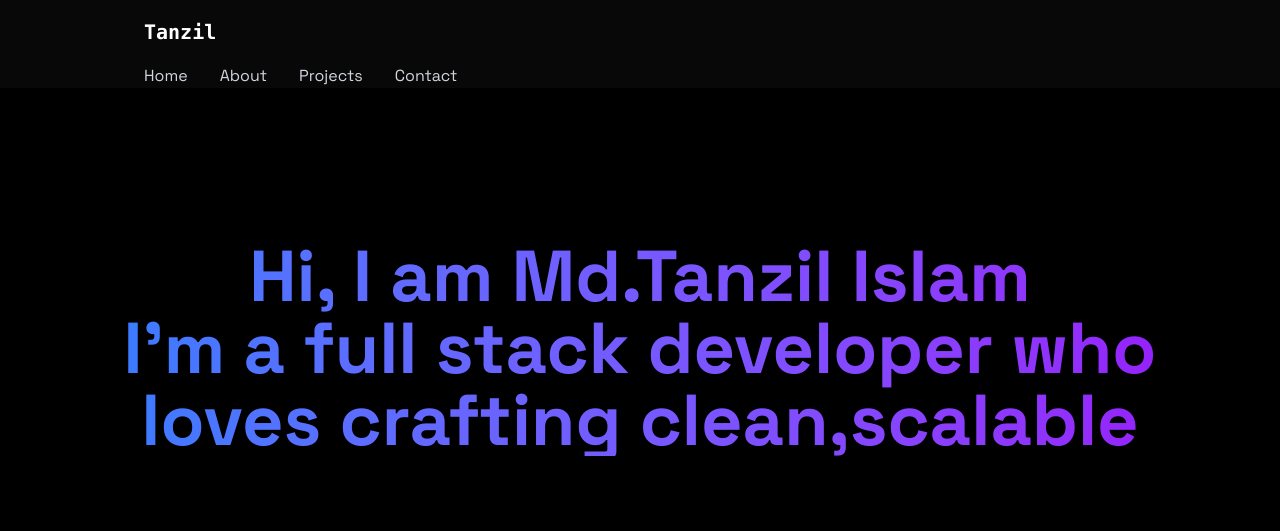
Repository: tanimtanzilislam/my_portfolio
Page: /
The author's editor kept a copy of each file at every save. The page is drawn from the files as they stood at one save, then again after a run of saves.
The browser window is 1280 px wide. The pictures show the whole page.
The project was rebuilt for these pictures with package versions that can differ from the ones it lists, and the page was loaded fresh each time. Also part of the build but not shown: vite.config.js.

Above is the page before, as saved 2025-05-10 11:40:33.

### index.html
<!doctype html>
<html lang="en">
  <head>
    <meta charset="UTF-8" />
    <link rel="icon" type="image/svg+xml" href="/vite.svg" />
    <link rel="preconnect" href="https://fonts.googleapis.com" />
    <link rel="preconnect" href="https://fonts.gstatic.com" crossorigin />
    <link
    href="https://fonts.googleapis.com/css2?family=Space+Grotesk:wght@400;500;600;700&family=jetBrains+Mono:wght"
    rel="stylesheet"/>
    <meta name="viewport" content="width=device-width, initial-scale=1.0" />
    <title>Vite + React</title>
  </head>
  <body>
    <div id="root"></div>
    <script type="module" src="/src/main.jsx"></script>
  </body>
</html>

### src/index.css
@import "tailwindcss";

html, body {
  margin: 0;
  padding: 0;
  font-family: "Space Grotesk", sans-serif;
  background: #f3f4f6;
}

@layer utilities {

  @keyframes blink{
    0%,100%{
      opacity:1;
    }
    50%{
      opacity:0;
    }
  }
  .animated-blink {
    animation: blink 0.8s step-end infinite;
  }
  @keyframes loading {
    0% {
      transform: translateX(-100%);
    }
    100% {
      transform: translateX(250%);
    }
  }

  .animate-loading-bar {
    animation: loading 0.8s ease infinite;
  }
}

### src/App.jsx
import React, { useState } from 'react';
import './App.css';
import './index.css';
import { LoadingScreen } from './components/LoadingScreen';
import { Navbar } from './components/Navbar';
import { MobileMenu } from './components/MobileMenu';
import { Home } from './components/sections/Home';
function App() {
  const [isLoaded, setIsLoaded] = useState(false);
  const [menuOpen, setMenuOpen] = useState(false);

  return (
    <>
      {
        !isLoaded && <LoadingScreen onComplete={() => setIsLoaded(true)} />
      }
      <div className={`min-h-screen transition-opacity duration-700 ${isLoaded ? "opacity-100" :"opacity-0" } bg-black text-gray-100`}>
        {/* Your other content goes here */}

        <Navbar menuOpen={menuOpen} setMenuOpen={setMenuOpen}/>
        <MobileMenu menuOpen={menuOpen} setMenuOpen={setMenuOpen}/>
  <Home />
      </div>
    </>
  );
}

export default App

### src/App.css
@import "tailwindcss";

html,body {
  margin:0;
  padding:0;
  font-family: "Space Grotesk" ,sans-serif;
  background:#0a0a0a;
  color: #f3f4f6;
}

### src/components/LoadingScreen.jsx
import React, { useState, useEffect } from "react";

export const LoadingScreen = ({ onComplete }) => {
  const [text, setText] = useState("");
  const fullText = "<Hello World />";

  useEffect(() => {
    let index = 0;
    const interval = setInterval(() => {
      setText(fullText.substring(0, index));
      index++;
      if (index > fullText.length) {
        clearInterval(interval);
        // ✅ টাইপিং শেষ হলে onComplete() চালাও
        onComplete();
      }
    }, 100);

    return () => clearInterval(interval);
  }, [onComplete]);

  return (
    <div className="fixed inset-0 z-50 bg-black text-gray-100 flex flex-col items-center justify-center">
      <div className="mb-4 text-4xl font-mono font-bold">
        {text}
        <span className="animated-blink ml-1">|</span>
      </div>

      <div className="w-[200px] h-[2px] bg-gray-800 rounded relative overflow-hidden">
        <div className="w-[40px] h-full bg-blue-500 shadow-[0_0_15px_#3b82f6] animate-loading-bar"></div>
      </div>
    </div>
  );
};

### src/components/Navbar.jsx
import { useEffect } from "react";

export const Navbar = ({ menuOpen, setMenuOpen }) => {
  useEffect(() => {
    document.body.style.overflow = menuOpen ? "hidden" : "";
  }, [menuOpen]);

  return (
    <nav className="fixed top-0 w-full z-40 bg-[rgba(10,10,10,0.8)] backdrop-blur-lg border-white/10 shadow-lg">
      <div className="max-w-5xl mx-auto px-4">
        <div className="flex justify-between items-center h-16">
          <a href="#home" className="font-mono text-xl font-bold text-white">
            Tanzil<span className="text-blue-500"></span>
          </a>
          <div
            className="w-7 h-5 relative cursor-pointer z-40 md:hidden"
            onClick={() => setMenuOpen((prev) => !prev)}
          >
            &#9776;
          </div>
        </div>

        <div className="hidden md:flex items-center space-x-8">
          <a href="#home" className="text-gray-300 hover:text-white transition-colors">Home</a>
          <a href="#about" className="text-gray-300 hover:text-white transition-colors">About</a>
          <a href="#projects" className="text-gray-300 hover:text-white transition-colors">Projects</a>
          <a href="#contact" className="text-gray-300 hover:text-white transition-colors">Contact</a>
        </div>
      </div>
    </nav>
  );
};

### src/components/MobileMenu.jsx
import { useEffect } from "react";

export const MobileMenu = ({ menuOpen, setMenuOpen }) => {
  return (
    <div
      className={`fixed top-0 left-0 w-full bg-[rgba(10,10,10,0.8)] z-40 flex flex-col items-center justify-center
      transition-all duration-300 ease-in-out
      ${menuOpen ? "h-screen opacity-100 pointer-events-auto" : "h-0 opacity-0 pointer-events-none"}`}
    >
      <button
        onClick={() => setMenuOpen(false)}
        className="absolute top-6 right-6 text-white text-3xl focus:outline-none cursor-pointer"
        aria-label="close Menu"
      >
        &times;
      </button>

      <a href="#home" onClick={() => setMenuOpen(false)} className={`text-2xl font-semibold text-white my-4 transform transition-transform duration-300
        ${menuOpen ? "opacity-100 translate-y-0" : ""}`}>Home</a>

      <a href="#about" onClick={() => setMenuOpen(false)} className={`text-2xl font-semibold text-white my-4 transform transition-transform duration-300
        ${menuOpen ? "opacity-100 translate-y-0" : ""}`}>About</a>

      <a href="#projects" onClick={() => setMenuOpen(false)} className={`text-2xl font-semibold text-white my-4 transform transition-transform duration-300
        ${menuOpen ? "opacity-100 translate-y-0" : ""}`}>Projects</a>

      <a href="#contact" onClick={() => setMenuOpen(false)} className={`text-2xl font-semibold text-white my-4 transform transition-transform duration-300
        ${menuOpen ? "opacity-100 translate-y-0" : ""}`}>Contact</a>
    </div>
  );
};

### src/components/sections/Home.jsx
export const Home =()=>{
    return <section id="home" className="min-h-screen flex items-center justify-center relative">
        <div className="text-center z-10 px-14">
            <h1 className="text-5xl md:text-7xl font-bold mb-6 bg-gradient-to-r from-blue-500 to-purple-600 bg-clip-text text-transparent leading-right">Hi, I am Md.Tanzil Islam
                <p>
                    I'm a full stack developer who loves crafting clean,scalable                 </p>
            </h1>
        </div>
    </section>
}

Loaded but not shown: src/main.jsx (common file)

After the next 3 saves:
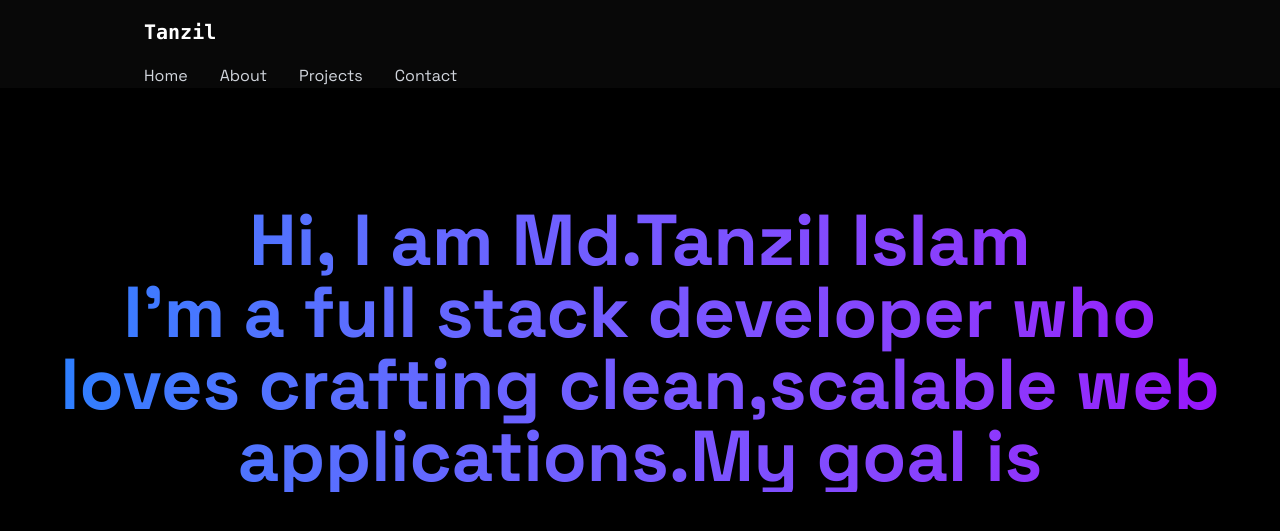
The 3 saves are shown as one change because they came seconds apart.
The last was saved 12 s later.
--- a/src/components/sections/Home.jsx
+++ b/src/components/sections/Home.jsx
@@ -3,7 +3,7 @@ export const Home =()=>{
         <div className="text-center z-10 px-14">
             <h1 className="text-5xl md:text-7xl font-bold mb-6 bg-gradient-to-r from-blue-500 to-purple-600 bg-clip-text text-transparent leading-right">Hi, I am Md.Tanzil Islam
                 <p>
-                    I'm a full stack developer who loves crafting clean,scalable                 </p>
+                    I'm a full stack developer who loves crafting clean,scalable web applications.My goal is                 </p>
             </h1>
         </div>
     </section>
